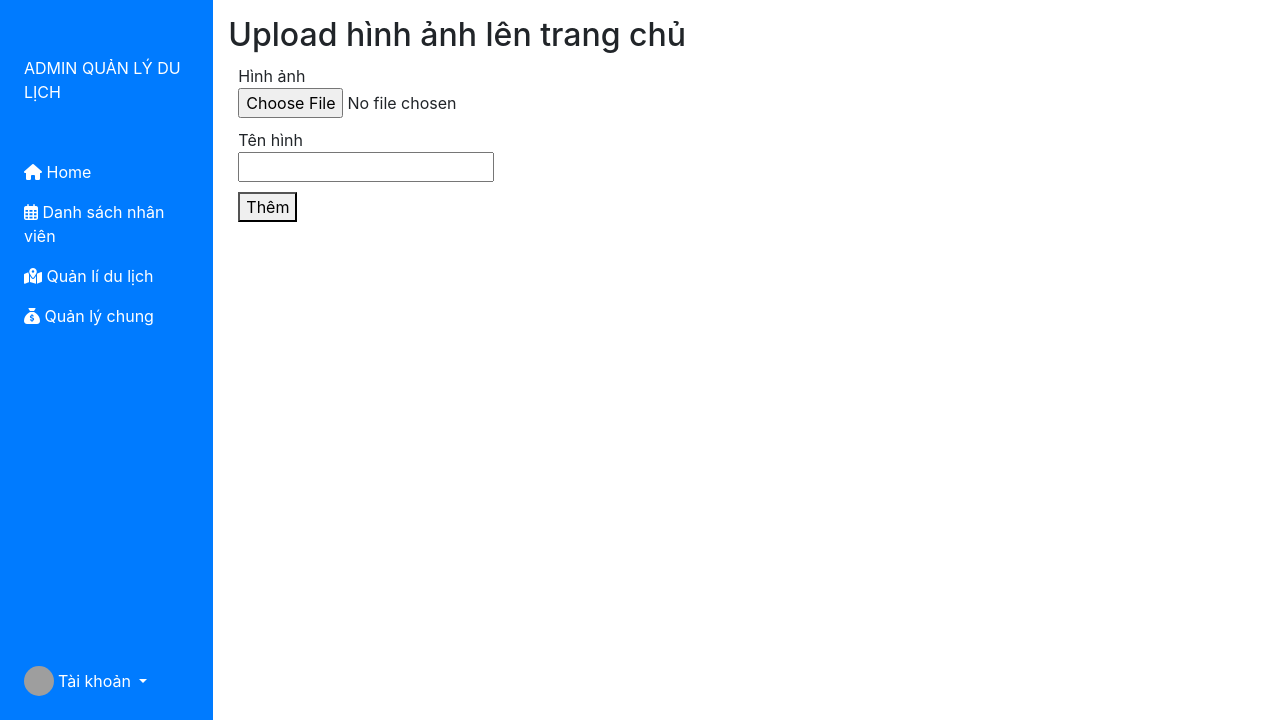
Repository: vantohuu/BOOKINGTOUR
Page: http://localhost/BOOKINGTOUR/WEB-INF/views/home/home.jsp
An editor plug-in stored every save of this project. The page is shown before and after the next save, followed by the edit.
The browser window is 1280 px wide. The pictures show the whole page.
Pictures or frames that could not be fetched are drawn as grey boxes. Some web libraries are served in a nearby version. The page is served by Tomcat 9. Nobody is signed in. Other server files are loaded and not shown. The template is opened directly, without the code that normally fills it, so the values that code supplies are empty.

Above is the page before, as saved 2023-06-03 17:32:02.

### BOOKINGTOUR/src/main/webapp/WEB-INF/views/home/home.jsp
<%@ page language="java" contentType="text/html; charset=UTF-8"
    pageEncoding="UTF-8"%>
        <%@ taglib uri="http://java.sun.com/jstl/core_rt" prefix="c"%>
<%@ taglib uri="http://java.sun.com/jstl/fmt_rt" prefix="f"%>
<!DOCTYPE html>
<html>

<head>

<meta charset="UTF-8">
<base href="${ pageContext.servletContext.contextPath}/">
<link rel="stylesheet"
	href="https://cdn.jsdelivr.net/npm/bootstrap@4.6.2/dist/css/bootstrap.min.css"
	integrity="sha384-xOolHFLEh07PJGoPkLv1IbcEPTNtaed2xpHsD9ESMhqIYd0nLMwNLD69Npy4HI+N"
	crossorigin="anonymous">

<link rel="stylesheet"
	href="https://cdnjs.cloudflare.com/ajax/libs/font-awesome/6.3.0/css/all.min.css"
	integrity="sha512-SzlrxWUlpfuzQ+pcUCosxcglQRNAq/DZjVsC0lE40xsADsfeQoEypE+enwcOiGjk/bSuGGKHEyjSoQ1zVisanQ=="
	crossorigin="anonymous" referrerpolicy="no-referrer" />

<script
	src="https://cdn.jsdelivr.net/npm/jquery@3.5.1/dist/jquery.slim.min.js"
	integrity="sha384-DfXdz2htPH0lsSSs5nCTpuj/zy4C+OGpamoFVy38MVBnE+IbbVYUew+OrCXaRkfj"
	crossorigin="anonymous"></script>
<script
	src="https://cdn.jsdelivr.net/npm/popper.js@1.16.1/dist/umd/popper.min.js"
	integrity="sha384-9/reFTGAW83EW2RDu2S0VKaIzap3H66lZH81PoYlFhbGU+6BZp6G7niu735Sk7lN"
	crossorigin="anonymous"></script>
<script
	src="https://cdn.jsdelivr.net/npm/bootstrap@4.6.2/dist/js/bootstrap.min.js"
	integrity="sha384-+sLIOodYLS7CIrQpBjl+C7nPvqq+FbNUBDunl/OZv93DB7Ln/533i8e/mZXLi/P+"
	crossorigin="anonymous"></script>
<title>Admin quản lý du lịch</title>
<style>
	.form-group{
		margin:10px;
	}
</style>
</head>
<body>
<div class="container-fluid">
		<div class="row flex-nowrap">
   <%@ include file="../includes/Navbarc1.jsp" %>

	<div class="col py-3">
<h2>Upload hình ảnh lên trang chủ</h2>
	${message1}
	<form action="homeshow.htm" method="post" enctype="multipart/form-data">

		<div class="form-group">
			<div>Hình ảnh</div>
			<input type="file" name="photo">
		</div>
		<div class="form-group">
			<div>Tên hình</div>
			<input type="text" name="tenhinh">
		</div>

		<div class="form-group">
		<button>Thêm</button>
		</div>
	</form>
</div>
</div>
</div>


		<script
		src="https://cdn.jsdelivr.net/npm/bootstrap@5.3.0-alpha1/dist/js/bootstrap.bundle.min.js"
		integrity="sha384-w76AqPfDkMBDXo30jS1Sgez6pr3x5MlQ1ZAGC+nuZB+EYdgRZgiwxhTBTkF7CXvN"
		crossorigin="anonymous"></script>
</body>
</html>

### BOOKINGTOUR/src/main/webapp/WEB-INF/views/includes/Navbarc1.jsp
<%@ page language="java" contentType="text/html; charset=UTF-8"
    pageEncoding="UTF-8"%>


        <div class="col-auto col-md-3 col-xl-2 px-sm-2 px-0t bg-primary">
            <div class="d-flex flex-column align-items-center align-items-sm-start px-3 pt-2 text-white min-vh-100 ">
                <a href="#" class="d-flex align-items-center pb-5 pt-5 mb-md-0 me-md-auto text-white text-decoration-none">
                    <span class="fs-5 d-none d-sm-inline">ADMIN QUẢN LÝ DU LỊCH</span>
                </a>
                <ul class="nav nav-pills flex-column mb-sm-auto mb-0 align-items-center align-items-sm-start " id="menu">
                    <li class="nav-item">
                        <a href="home.htm" class="nav-link text-white align-middle px-0">
                           <i class="fa-solid fa-house"></i>
                            <span class="ms-1 d-none d-sm-inline">Home</span>
                        </a>
                    </li>
                  <li><a href="danhsachnhanvien.htm"
							class="nav-link text-white px-0 align-middle">
							<i class="fa-regular fa-calendar-days"></i> <span
								class="ms-1 d-none d-sm-inline">Danh sách nhân viên</span>
						</a></li>
						     </li>
                 <!--  <li><button onclick="goHome()">Go to Intro Page</button></li> -->
                    <li>
                        <a href="#submenu2" data-bs-toggle="collapse" class="nav-link text-white px-0 align-middle ">
                            <i class="fa-solid fa-map-location-dot"></i>
                            <span class="ms-1 d-none d-sm-inline">Quản lí du lịch</span></a>
                        <ul class="collapse nav flex-column ms-1" id="submenu2" data-bs-parent="#menu">
                            <li class="w-100">
                                <a href="dsdattour.htm" class="nav-link text-white px-0"> <span class="d-none d-sm-inline">Danh sách đặt tour</span></a>
                            </li>
                            <li>
                                <a href="diemdulich.htm" class="nav-link text-white px-0"> <span class="d-none d-sm-inline">Điểm du lịch</span></a>
                            </li>
                               <li>
                                <a href="dsdiemluutru.htm" class="nav-link text-white px-0"> <span class="d-none d-sm-inline">Điểm lưu trú</span></a>
                            </li>
                            <li>
                                <a href="dsTour.htm" class="nav-link text-white px-0"> <span class="d-none d-sm-inline">Tour</span></a>
                            </li>
                        </ul>
                    </li>
                     <li>
                        <a href="#submenu3" data-bs-toggle="collapse" class="nav-link text-white px-0 align-middle ">
                           <i class="fa-solid fa-sack-dollar"></i>
                            <span class="ms-1 d-none d-sm-inline">Quản lý chung</span></a>
                        <ul class="collapse nav flex-column ms-1" id="submenu3" data-bs-parent="#menu">
                            <li class="w-100">
                                <a href="doanhthu.htm" class="nav-link text-white px-0"> <span class="d-none d-sm-inline">Doanh thu</span></a>
                            </li>

                            <li>
                                <a href="dskhachhang.htm" class="nav-link text-white px-0"> <span class="d-none d-sm-inline">Khách hàng</span></a>
                            </li>

                            <li>
                                <a href="dsdotkhuyenmai.htm" class="nav-link text-white px-0"> <span class="d-none d-sm-inline">Khuyến mãi</span></a>
                            </li>
                        </ul>
                    </li>

                <hr>
                </ul>


                <div class="dropdown pb-4">
                    <a href="#" class="d-flex align-items-center text-white text-decoration-none dropdown-toggle" id="dropdownUser1" data-bs-toggle="dropdown" aria-expanded="false">
                        <img src="https://github.com/mdo.png" alt="hugenerd" width="30" height="30" class="rounded-circle">
                        <span class="d-none d-sm-inline mx-1">Tài khoản</span>
                    </a>
                    <ul class="dropdown-menu dropdown-menu-dark text-small shadow">

                        <li><a class="dropdown-item" href="suattcanhan.htm">Chỉnh sửa thông tin cá nhân</a></li>
                        <li><a class="dropdown-item" href="doimatkhau.htm">Đổi mật khẩu</a></li>
                        <li>
                            <hr class="dropdown-divider">
                        </li>
                        <li><a class="dropdown-item" href="logout.htm">Đăng xuất</a></li>
                    </ul>
                </div>
            </div>
        </div>

     <script>
    /* function goHome() {
        window.location.href = "danhsachnhanvien.htm";
    } */
</script>

After the next save:
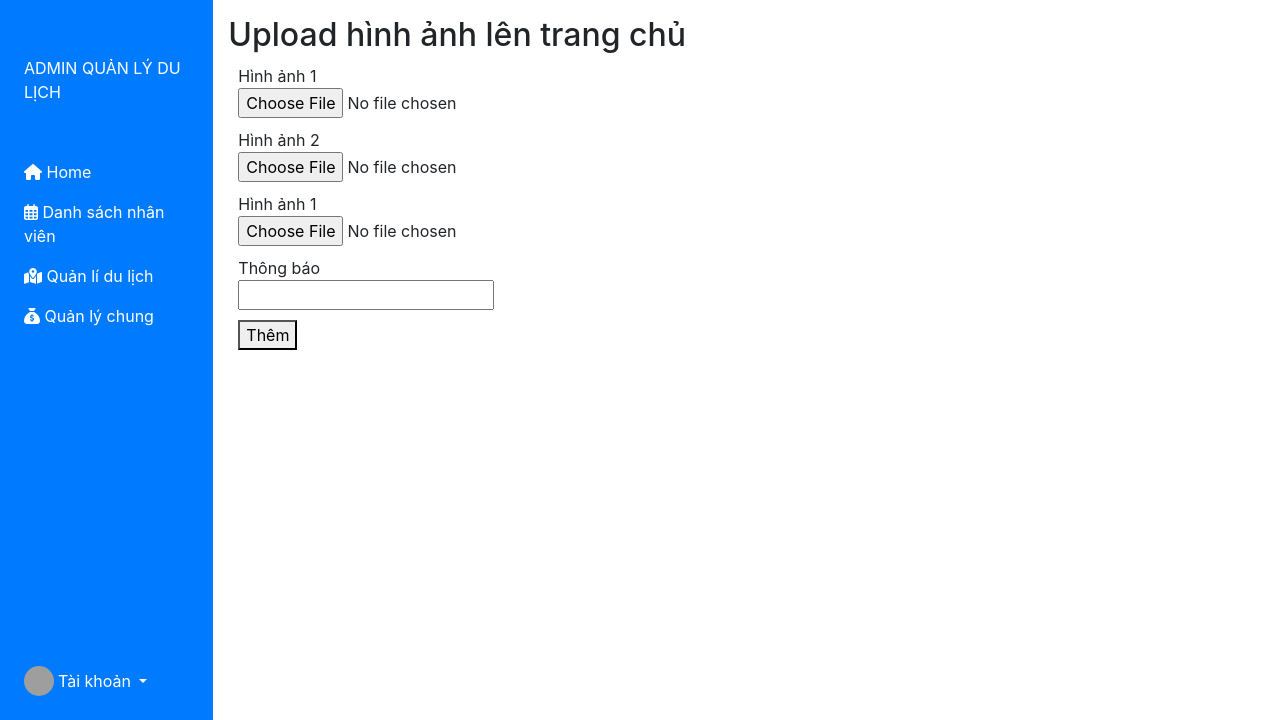
Saved 11 h 42 min later.
--- a/BOOKINGTOUR/src/main/webapp/WEB-INF/views/home/home.jsp
+++ b/BOOKINGTOUR/src/main/webapp/WEB-INF/views/home/home.jsp
@@ -49,12 +49,20 @@
 	<form action="homeshow.htm" method="post" enctype="multipart/form-data">
 
 		<div class="form-group">
-			<div>Hình ảnh</div>
-			<input type="file" name="photo">
+			<div>Hình ảnh 1</div>
+			<input type="file" name="photo1">
 		</div>
 		<div class="form-group">
-			<div>Tên hình</div>
-			<input type="text" name="tenhinh">
+			<div>Hình ảnh 2</div>
+			<input type="file" name="photo2">
+		</div>
+		<div class="form-group">
+			<div>Hình ảnh 1</div>
+			<input type="file" name="photo3">
+		</div>
+		<div class="form-group">
+			<div>Thông báo</div>
+			<input type="text" name="slogan">
 		</div>
 
 		<div class="form-group">
